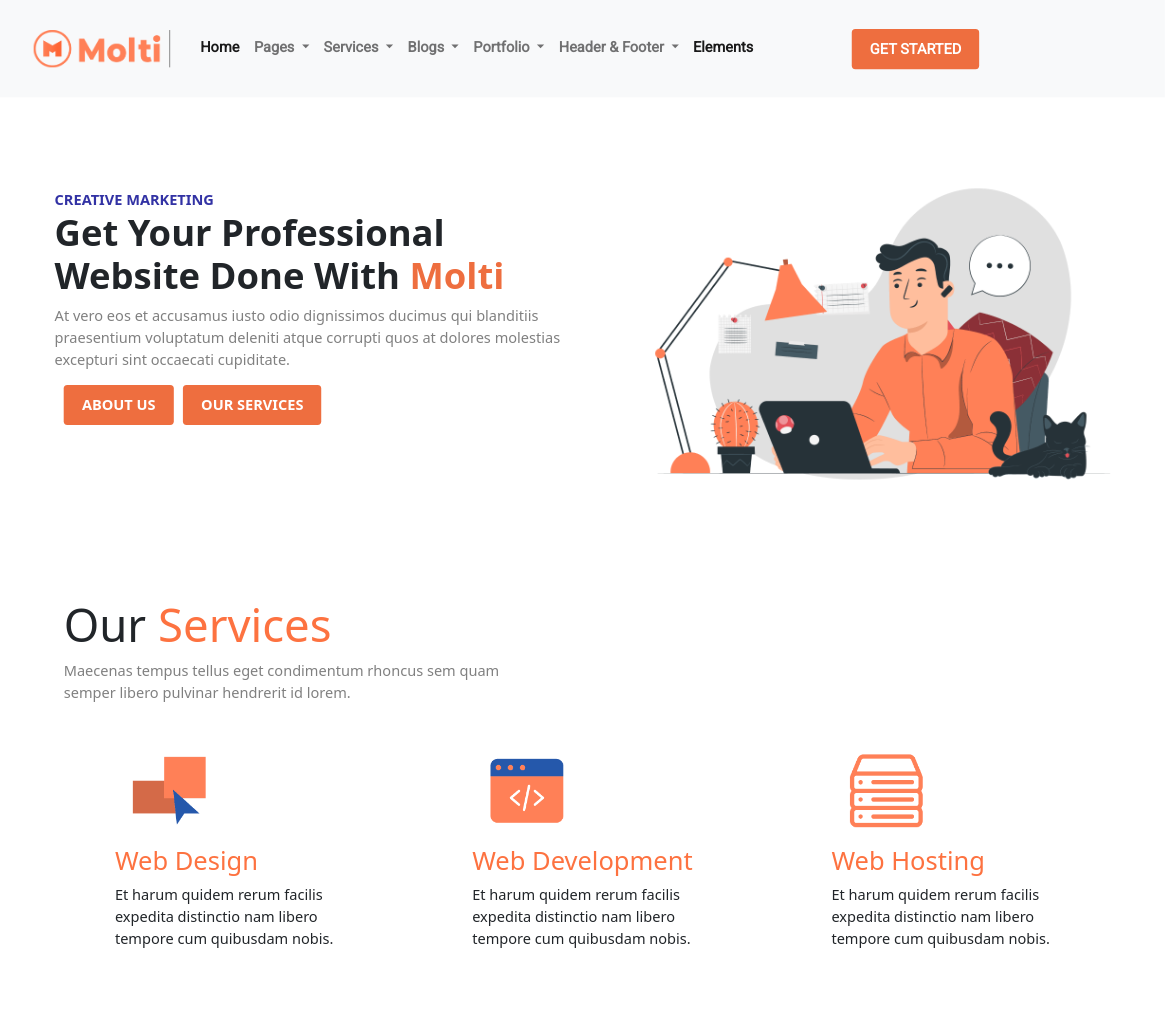
Repository: meherujjahan/Molti-website
Page: index.html
The author's editor kept a copy of each file at every save. The page is drawn from the files as they stood at one save, then again after the next save.
The browser window is 1280 px wide. The pictures show the whole page, at 91% of full size.

Above is the page before, as saved 2022-03-08 19:33:46.

### index.html
<!DOCTYPE html>
<html lang="en">
  <head>
    <meta charset="UTF-8" />
    <meta http-equiv="X-UA-Compatible" content="IE=edge" />
    <meta name="viewport" content="width=device-width, initial-scale=1.0" />

    <!-- bootstrap stylesheet -->
    <link
      href="https://cdn.jsdelivr.net/npm/bootstrap@5.1.3/dist/css/bootstrap.min.css"
      rel="stylesheet"
      integrity="sha384-1BmE4kWBq78iYhFldvKuhfTAU6auU8tT94WrHftjDbrCEXSU1oBoqyl2QvZ6jIW3"
      crossorigin="anonymous"
    />
    <!-- google font  -->
    <style>
      @import url("https://fonts.googleapis.com/css2?family=Roboto&display=swap");
    </style>
    <!-- CSS styleSheet -->
    <link rel="stylesheet" href="myStyle.css" />
    <title>Molti Wesite</title>
  </head>
  <body>
    <header>
      <div class="header">
        <div>
          <nav class="navbar navbar-expand-lg fw-bold navbar-light bg-light">
            <div class="container-fluid">
              <img class="logo-img" src="/Image/Molti-Logo.png" alt="" />
              <button
                class="navbar-toggler"
                type="button"
                data-bs-toggle="collapse"
                data-bs-target="#navbarNavDropdown"
                aria-controls="navbarNavDropdown"
                aria-expanded="false"
                aria-label="Toggle navigation"
              >
                <span class="navbar-toggler-icon"></span>
              </button>
              <div class="collapse navbar-collapse" id="navbarNavDropdown">
                <ul class="navbar-nav">
                  <li class="nav-item">
                    <a class="nav-link active" aria-current="page" href="#"
                      >Home</a
                    >
                  </li>
                  <li class="nav-item dropdown">
                    <a
                      class="nav-link dropdown-toggle"
                      href="#"
                      id="navbarDropdownMenuLink1"
                      role="button"
                      data-bs-toggle="dropdown"
                      aria-expanded="false"
                    >
                      Pages
                    </a>
                    <ul
                      class="dropdown-menu"
                      aria-labelledby="navbarDropdownMenuLink"
                    >
                      <li><a class="dropdown-item" href="#">Action</a></li>
                      <li>
                        <a class="dropdown-item" href="#">Another action</a>
                      </li>
                      <li>
                        <a class="dropdown-item" href="#"
                          >Something else here</a
                        >
                      </li>
                    </ul>
                  </li>
                  <li class="nav-item dropdown">
                    <a
                      class="nav-link dropdown-toggle"
                      href="#"
                      id="navbarDropdownMenuLink2"
                      role="button"
                      data-bs-toggle="dropdown"
                      aria-expanded="false"
                    >
                      Services
                    </a>
                    <ul
                      class="dropdown-menu"
                      aria-labelledby="navbarDropdownMenuLink"
                    >
                      <li><a class="dropdown-item" href="#">Action</a></li>
                      <li>
                        <a class="dropdown-item" href="#">Another action</a>
                      </li>
                      <li>
                        <a class="dropdown-item" href="#"
                          >Something else here</a
                        >
                      </li>
                    </ul>
                  </li>
                  <li class="nav-item dropdown">
                    <a
                      class="nav-link dropdown-toggle"
                      href="#"
                      id="navbarDropdownMenuLink3"
                      role="button"
                      data-bs-toggle="dropdown"
                      aria-expanded="false"
                    >
                      Blogs
                    </a>
                    <ul
                      class="dropdown-menu"
                      aria-labelledby="navbarDropdownMenuLink"
                    >
                      <li><a class="dropdown-item" href="#">Action</a></li>
                      <li>
                        <a class="dropdown-item" href="#">Another action</a>
                      </li>
                      <li>
                        <a class="dropdown-item" href="#"
                          >Something else here</a
                        >
                      </li>
                    </ul>
                  </li>
                  <li class="nav-item dropdown">
                    <a
                      class="nav-link dropdown-toggle"
                      href="#"
                      id="navbarDropdownMenuLink4"
                      role="button"
                      data-bs-toggle="dropdown"
                      aria-expanded="false"
                    >
                      Portfolio
                    </a>
                    <ul
                      class="dropdown-menu"
                      aria-labelledby="navbarDropdownMenuLink"
                    >
                      <li><a class="dropdown-item" href="#">Action</a></li>
                      <li>
                        <a class="dropdown-item" href="#">Another action</a>
                      </li>
                      <li>
                        <a class="dropdown-item" href="#"
                          >Something else here</a
                        >
                      </li>
                    </ul>
                  </li>
                  <li class="nav-item dropdown">
                    <a
                      class="nav-link dropdown-toggle"
                      href="#"
                      id="navbarDropdownMenuLink5"
                      role="button"
                      data-bs-toggle="dropdown"
                      aria-expanded="false"
                    >
                      Header & Footer
                    </a>
                    <ul
                      class="dropdown-menu"
                      aria-labelledby="navbarDropdownMenuLink"
                    >
                      <li><a class="dropdown-item" href="#">Action</a></li>
                      <li>
                        <a class="dropdown-item" href="#">Another action</a>
                      </li>
                      <li>
                        <a class="dropdown-item" href="#"
                          >Something else here</a
                        >
                      </li>
                    </ul>
                  </li>
                  <li class="nav-item">
                    <a class="nav-link active" aria-current="page" href="#"
                      >Elements</a
                    >
                  </li>
                  <li>
                    <button class="btn">GET STARTED</button>
                  </li>
                </ul>
              </div>
            </div>
          </nav>
        </div>
      </div>
    </header>
    <main>
      <!-- Banner section -->
      <section>
        <div class="Banner">
          <div class="Banner-text">
            <b>CREATIVE MARKETING</b>
            <h1>
              Get Your Professional <br />
              Website Done With <span>Molti</span>
            </h1>
            <p>
              At vero eos et accusamus iusto odio dignissimos ducimus qui
              blanditiis <br />
              praesentium voluptatum deleniti atque corrupti quos at dolores
              molestias <br />
              excepturi sint occaecati cupiditate.
            </p>
            <div class="Banner-btn">
              <button>ABOUT US</button><button>OUR SERVICES</button>
            </div>
          </div>
          <div>
            <img
              class="Banner-img"
              src="Image/Hero-Illustration-Molti.png"
              alt=""
            />
          </div>
        </div>
      </section>
      <!-- services section -->
      <div class="services">
        <div class="service-text">
          <h1>Our <span>Services</span></h1>
          <p>
            Maecenas tempus tellus eget condimentum rhoncus sem quam <br />
            semper libero pulvinar hendrerit id lorem.
          </p>
        </div>

        <div class="service-card">
          <div class="single-card">
            <img src="/Image/Web-Design.png" alt="" />
            <h3>Web Design</h3>
            <p>
              Et harum quidem rerum facilis <br />
              expedita distinctio nam libero <br />
              tempore cum quibusdam nobis.
            </p>
            <i class="fa-solid icon fa-arrow-right-long"></i>
          </div>
          <div class="single-card">
            <img src="/Image/web-developement.png" alt="" />
            <h3>Web Development</h3>
            <p>
              Et harum quidem rerum facilis <br />
              expedita distinctio nam libero <br />
              tempore cum quibusdam nobis.
            </p>
            <i class="fa-solid icon fa-arrow-right-long"></i>
          </div>
          <div class="single-card">
            <img src="/Image/molti-hosting-service.png" alt="" />
            <h3>Web Hosting</h3>
            <p>
              Et harum quidem rerum facilis <br />
              expedita distinctio nam libero <br />
              tempore cum quibusdam nobis.
            </p>
            <i class="fa-solid icon fa-arrow-right-long"></i>
          </div>
        </div>
      </div>
    </main>
  </body>
</html>

### myStyle.css
/* ------------
header section
--------------*/
.header {
  font-family: "Roboto", sans-serif;
}
.logo-img {
  width: 150px;
  margin: 25px;
  padding-right: 10px;
  border-right: 1px solid gray;
}
.btn {
  font-family: "Roboto", sans-serif;
  margin-left: 100px;
  background-color: rgb(238, 110, 63);
  border: none;
  border-radius: 4px;
  padding: 10px;
  padding-left: 20px;
  padding-right: 20px;
  color: white;
  font-weight: 700;
}
/* -------------
              Banner  section
              --------------*/
.Banner {
  display: flex;
  justify-content: space-between;
  padding: 60px;
  margin-top: 40px;
}
.Banner-text {
  text-align: left;
}
.Banner-text span {
  color: rgb(238, 110, 63);
}
.Banner-text b {
  color: rgba(19, 19, 150, 0.87);
}
.Banner-text h1 {
  font-weight: 700;
}
.Banner-text p {
  color: gray;
}

.Banner-img {
  width: 500px;
}
.Banner-btn {
  display: flex;
  justify-content: flex-start;
}
.Banner-btn button {
  margin-left: 10px;
  background-color: rgb(238, 110, 63);
  border: none;
  border-radius: 4px;
  padding: 10px;
  padding-left: 20px;
  padding-right: 20px;
  color: white;
  font-weight: 700;
}
/* services section */
.services {
  margin: 50px;
}
.service-text {
  margin: auto;
  align-items: center;
  padding: 20px;
}
.service-text p {
  color: gray;
  font-weight: 400;
}
.service-text h1 {
  /* font-weight: 500; */
  font-size: 50px;
}
.service-text span {
  color: rgb(253, 114, 64);
}
.service-card {
  display: flex;
  justify-content: space-around;
}

.single-card img {
  width: 120px;
  padding: 20px;
}
.single-card h3 {
  color: rgb(253, 114, 64);
  font-weight: 500;
}
/* .service-card :hover {
  padding: 10px;
  border: 3px solid rgb(253, 114, 64);
  border-radius: 5px;
} */
.icon {
  color: rgb(253, 114, 64);
  font-size: 50px;
}

After the next save:
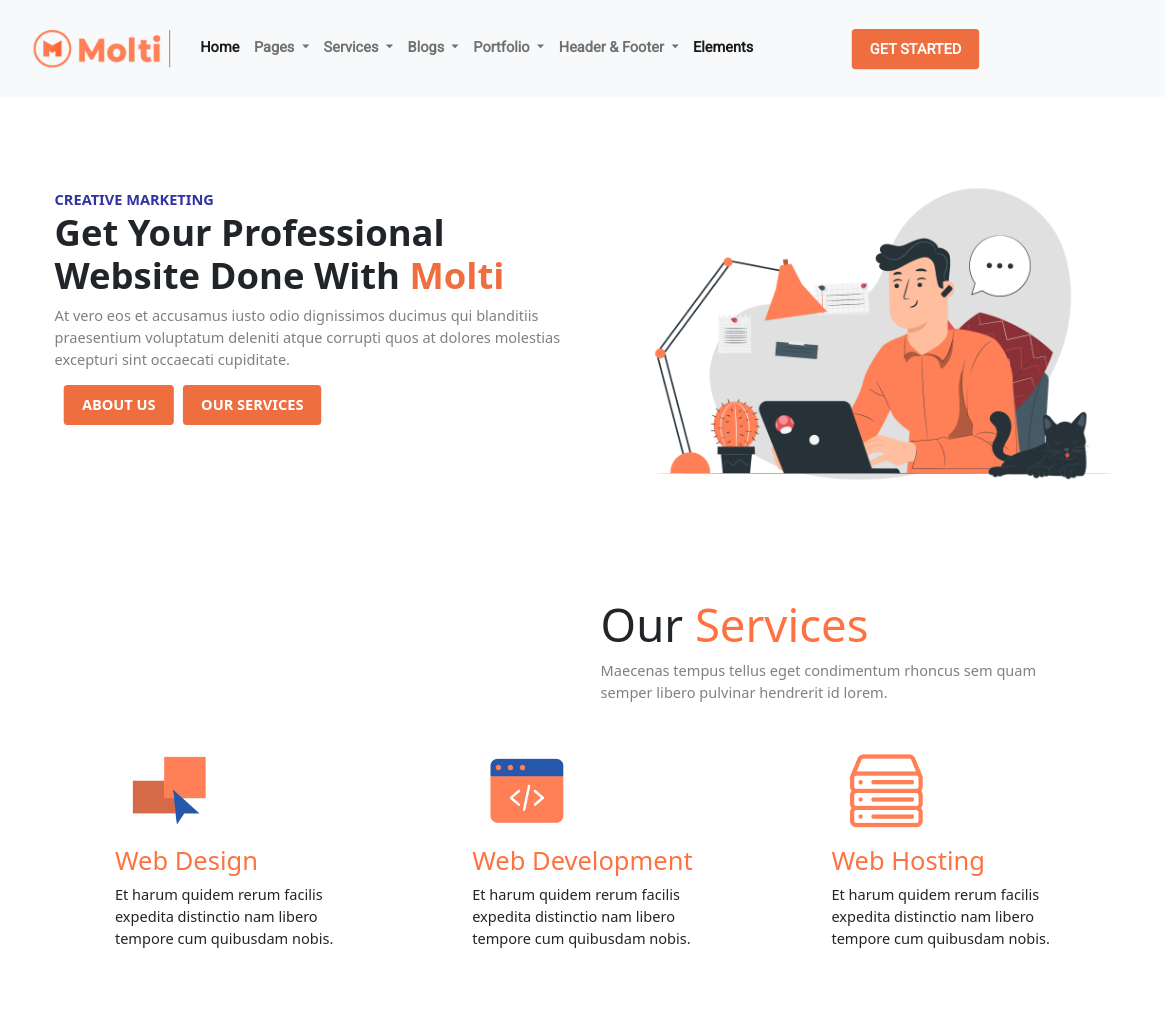
Saved 33 s later.
--- a/myStyle.css
+++ b/myStyle.css
@@ -70,7 +70,7 @@
   margin: 50px;
 }
 .service-text {
-  margin: auto;
+  margin-left: 50%;
   align-items: center;
   padding: 20px;
 }

After the save that followed:
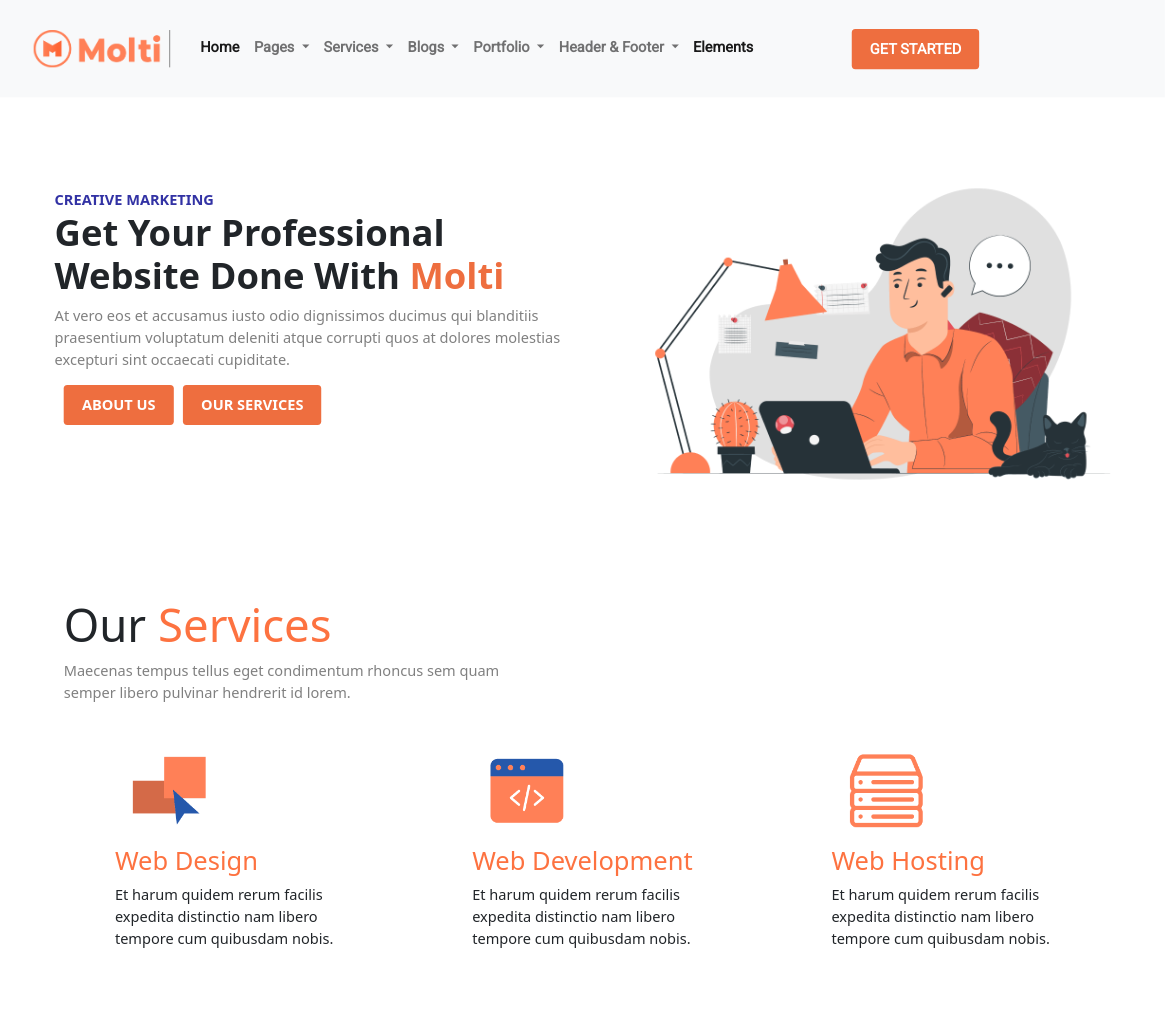
Saved 20 s later.
--- a/myStyle.css
+++ b/myStyle.css
@@ -70,7 +70,7 @@
   margin: 50px;
 }
 .service-text {
-  margin-left: 50%;
+  margin: auto;
   align-items: center;
   padding: 20px;
 }
